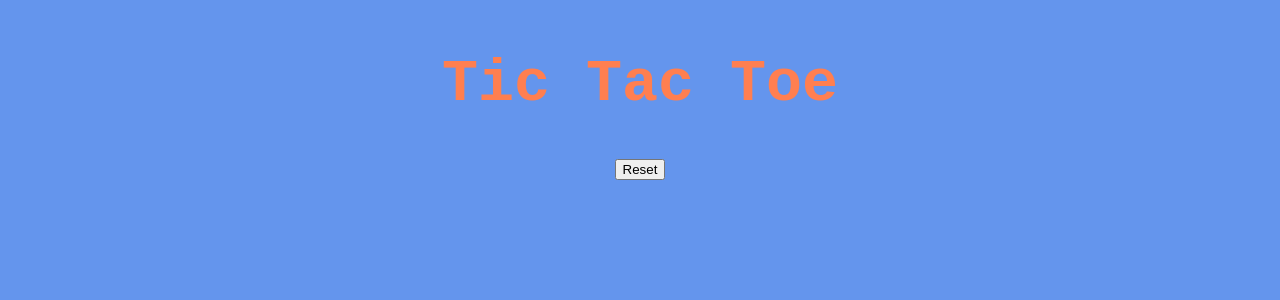
Repository: jontslater/tictaktoe
Page: /
The author's editor kept a copy of each file at every save. The page is drawn from the files as they stood at one save, then again after the next save.
The browser window is 1280 px wide. The pictures show the whole page.
The project was rebuilt for these pictures with package versions that can differ from the ones it lists, and the page was loaded fresh each time. Also part of the build but not shown: src/App.css.

Above is the page before, as saved 2024-06-30 10:18:35.

### src/index.css
body {
  margin: 0;
  font-family: -apple-system, BlinkMacSystemFont, 'Segoe UI', 'Roboto', 'Oxygen',
    'Ubuntu', 'Cantarell', 'Fira Sans', 'Droid Sans', 'Helvetica Neue',
    sans-serif;
  -webkit-font-smoothing: antialiased;
  -moz-osx-font-smoothing: grayscale;
  background-color:cornflowerblue
}

code {
  font-family: source-code-pro, Menlo, Monaco, Consolas, 'Courier New',
    monospace;
}

### src/App.js

import './App.css';
import TicTacToe from './Components/TicTacToe/TicTacToe';

function App() {
  return (
    <div>
     <TicTacToe/>
    </div>
  );
}

export default App;

### src/Components/TicTacToe/TicTacToe.jsx
import React from 'react'
import './TicTacToe.css'
import O from '../Assets/O.jpg'
import x from '../Assets/x.jpg'

const TicTacToe = () => {
  return (
    <div className= 'container'>
     <h1 className='title'>Tic Tac Toe</h1>
     <div className='board'>

     </div>
     <button className='reset'>Reset</button>
    </div>
  )
}

export default TicTacToe

### src/Components/TicTacToe/TicTacToe.css
.container{
  text-align: center;
}

.title{
  margin-top: 50px;
  color: coral;
  font-size: 60px;
  display: flex;
  justify-content: center;
  align-items: center;
  font-family:monospace
}

Loaded but not shown: public/index.html (common file); src/index.js (common file); src/reportWebVitals.js (common file)

After the next save:
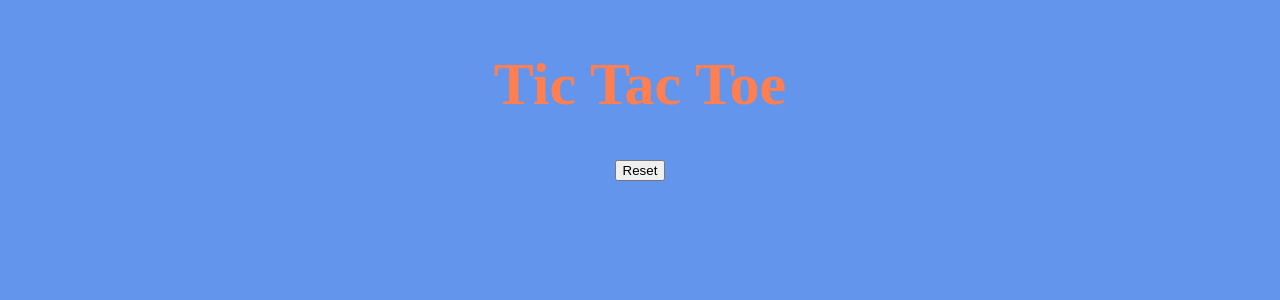
Saved 14 s later.
--- a/src/Components/TicTacToe/TicTacToe.css
+++ b/src/Components/TicTacToe/TicTacToe.css
@@ -9,5 +9,5 @@
   display: flex;
   justify-content: center;
   align-items: center;
-  font-family:monospace
+  font-family:cursive
 }
